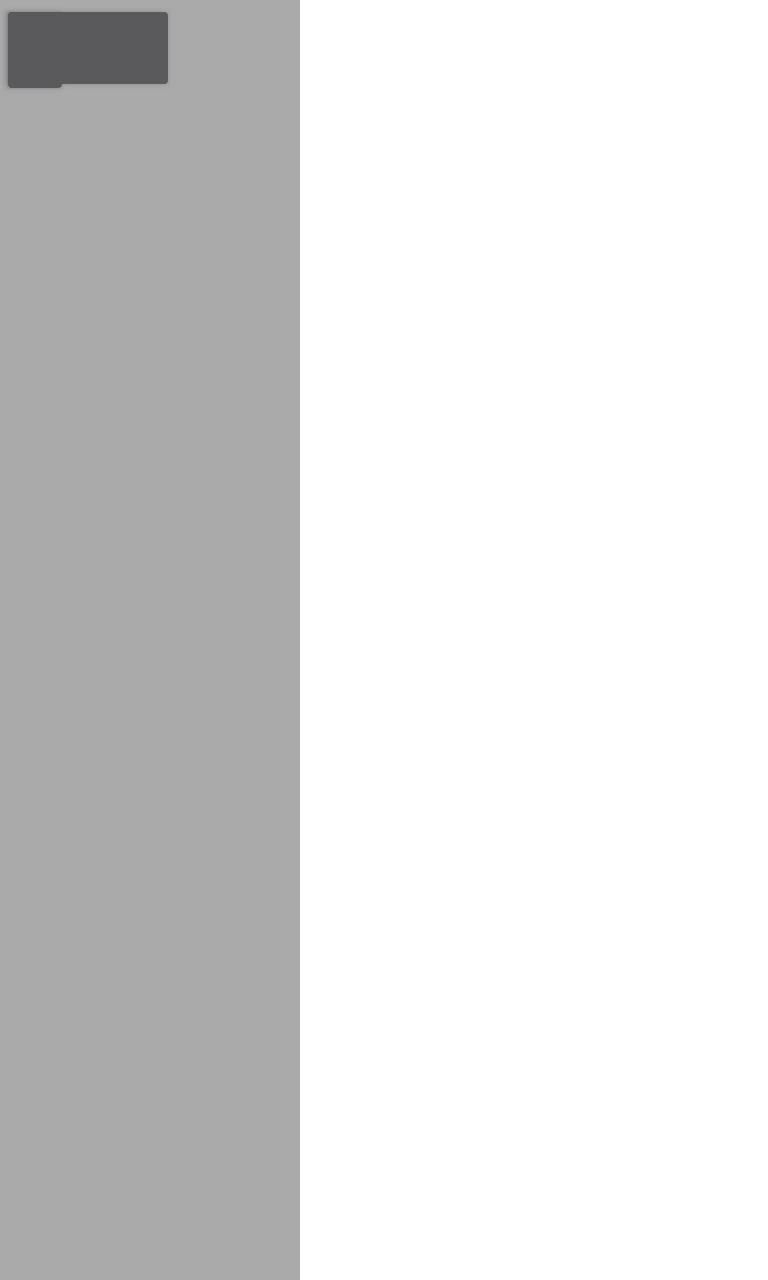
Repository: qfornaguera/AppQuelogy
Layout: AppQueology/res/layout/activity_main.xml
These files come from the project's save history. The layout is drawn as it stood at one moment and after the next save; the edit follows.
It is drawn on a 768 x 1280 px phone screen (xhdpi) without system bars, with theme Theme.AppCompat; the app's code is not run.

Above is the layout before, as saved 2014-05-27 18:42:04.

After the next save:
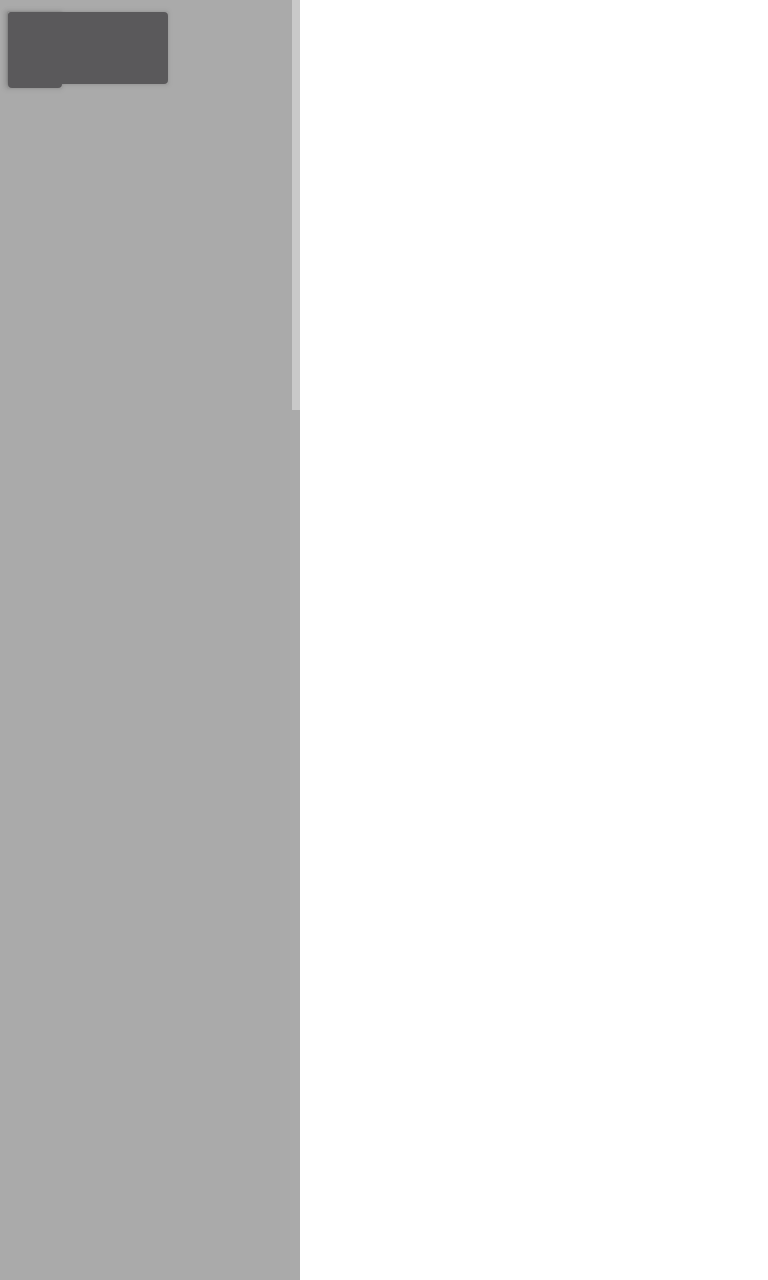
Saved 2 min 26 s later.
--- a/AppQueology/res/layout/activity_main.xml
+++ b/AppQueology/res/layout/activity_main.xml
@@ -45,18 +45,26 @@
 	        </LinearLayout>
 
     </SlidingDrawer> -->
+    <ScrollView
+        android:layout_width="150dp"
+        android:layout_height="2000dp">
 
-    <LinearLayout
-	            android:id="@+id/content"
-	            android:layout_width="150dp"
-        		android:layout_height="2000dp"
-	            android:background="#AAAAAA"
-	            android:orientation="vertical" >
+	    <LinearLayout
+	        android:layout_width="150dp"
+	        android:layout_height="2000dp">
+
+		    <LinearLayout
+			            android:id="@+id/content"
+			            android:layout_width="150dp"
+		        		android:layout_height="2000dp"
+			            android:background="#AAAAAA"
+			            android:orientation="vertical" >
 
 
-	 </LinearLayout>
+			 </LinearLayout>
 
-
+	    </LinearLayout>
+	</ScrollView>
 
     <Button
             android:id="@+id/handle"
